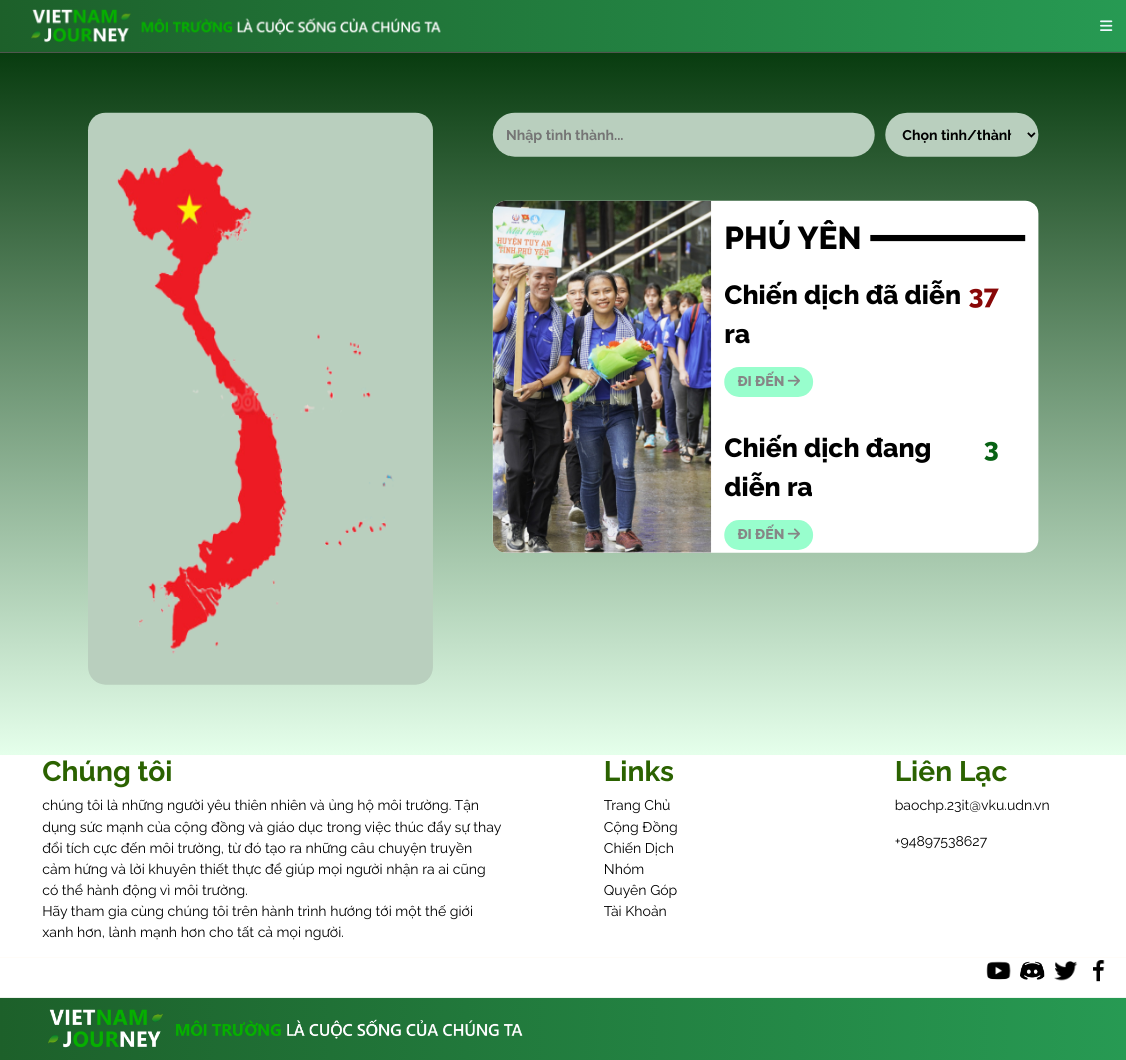
Repository: Boima12/Boima12.github.io_VietnamJourney
Page: HTML/ChienDich/ChienDich.html
These files come from the project's save history. The page is drawn as it stood at one moment and after a run of saves; the edit follows.
The browser window is 1280 px wide. The pictures show the whole page, at 88% of full size.

Above is the page before, as saved 2024-05-25 08:42:30.

### HTML/ChienDich/ChienDich.html
<!DOCTYPE html>
<HTML lang="en">

<HEAD>
    <TITLE>Chiến Dịch</TITLE>
    <meta charset="UTF-8">
    <meta name="viewport" content="width=device-width, initial-scale=1.0">

    <!-- Favicon -->
    <link rel="icon" type="image/x-icon" href="../../Images/yo.ico">

    <!--Bootstrap 5-->
    <link href="https://cdn.jsdelivr.net/npm/bootstrap@5.3.3/dist/css/bootstrap.min.css" rel="stylesheet">
    <script src="https://cdn.jsdelivr.net/npm/bootstrap@5.3.3/dist/js/bootstrap.bundle.min.js"></script>
    <!-- <link rel="stylesheet" href="https://cdn.jsdelivr.net/npm/bootstrap@4.6.2/dist/css/bootstrap.min.css" integrity="sha384-xOolHFLEh07PJGoPkLv1IbcEPTNtaed2xpHsD9ESMhqIYd0nLMwNLD69Npy4HI+N" crossorigin="anonymous"> -->
    <!-- Font Awesome -->
    <link rel="stylesheet" href="https://cdnjs.cloudflare.com/ajax/libs/font-awesome/6.5.1/css/all.min.css">

    <!-- CSS -->
    <link rel="stylesheet" href="ChienDich.css">
</HEAD>



<BODY style="background-color: #FFF4E6;">

    <!-- header là Navigation bar -->
    <header id="header1">
        <div class="logo">
            <img class="logo1" src="../../Images/header1.png" onclick="navToIntro()" style="height: 40px;">
            <img class="logo2" src="../../Images/header2.png" onclick="navToIntro()">
        </div>

        <div class="links">
            <nav>
                <a href="../TrangChu/TrangChu.html">TRANG CHỦ</a>
                <a href="../CongDong/CongDong.html">CỘNG ĐỒNG</a>
                <a href="../ChienDich/ChienDich.html">CHIẾN DỊCH</a>
                <a href="../Nhom/Nhom.html">NHÓM</a>
                <a href="../QuyenGop/QuyenGop.html">QUYÊN GÓP</a>
                <a href="../TaiKhoan/TaiKhoan.html">TÀI KHOẢN</a>
            </nav>
        </div>

        <div class="bar" onclick="MenuBar()">
            <i class="fa-solid fa-bars"></i>
        </div>

        <div id="overlay"></div>

        <div id="sidebar">
            <div class="sidebar-content">

                <div style="color: aliceblue;text-align: right;margin-top:0;" onclick="CloseBar()"><i
                        class="fa-solid fa-bars"></i></div>

                <!-- <p>VỀ CHÚNG TÔI <i class="fa-regular fa-address-card"></i></p> -->
                <a href="../TrangChu/TrangChu.html">TRANG CHỦ <i class="fa-solid fa-house"></i></a>
                <a href="../CongDong/CongDong.html">CỘNG ĐỒNG <i class="fa-solid fa-earth-americas"></i></a>
                <a href="../ChienDich/ChienDich.html">CHIẾN DỊCH <i class="fa-solid fa-fire"></i></a>
                <a href="../Nhom/Nhom.html">NHÓM <i class="fa-solid fa-people-group"></i></a>
                <a href="../QuyenGop/QuyenGop.html">QUYÊN GÓP <i class="fa-solid fa-hand-holding-dollar"></i></a>
                <a href="../TaiKhoan/TaiKhoan.html">TÀI KHOẢN <i class="fa-solid fa-user"></i></a>
            </div>

        </div>

    </header>
    <div style="height: 3rem;"></div> <!-- Cách một khoảng cho navigation bar -->















<!-- LÀM Ở ĐÂY -->
    <div class="section-one">
        <div class="container">
            <div class="row">
                <div class="col-xl-5  col-lg-5 col-md-12 col-sm-12 col-12">
                    <div class="map">
                        <img src="./images/bando.png" alt="bản đồ việt nam">
                    </div>
                </div>
                <div class="col-xl-7 col-lg-7 col-md-12 col-sm-12 col-12">
                    <div class="right">
                        <div class="search">
                            <input type="search" class="inner-search" placeholder="Nhập tỉnh thành...">
                            <select id="province" name="province" required>
                                <option value="" selected disabled>Chọn tỉnh/thành</option>
                            </select>
                        </div>
                        <div class="content">
                            <img src="./images/anh1.jpg" alt="">
                            <div class="inner-content">
                                <div class="inner-title">
                                    <div class="inner-text">PHÚ YÊN</div>
                                    <div class="inner-line"></div>
                                </div>
                                <div class="part">
                                    <div class="inner-content">
                                        <div class="inner-title">Chiến dịch đã diễn ra</div>
                                        <div class="inner-button">ĐI ĐẾN <i class="fa-solid fa-arrow-right"></i></div>
                                    </div>
                                    <div class="inner-count red">37</div>
                                </div>
                                <div class="part">
                                    <div class="inner-content">
                                        <div class="inner-title">Chiến dịch đang diễn ra</div>
                                        <div class="inner-button">ĐI ĐẾN <i class="fa-solid fa-arrow-right"></i></div>
                                    </div>
                                    <div class="inner-count green">3</div>
                                </div>
                                <div class="part">
                                    <div class="inner-content">
                                        <div class="inner-title">Chiến dịch sắp đến</div>
                                        <div class="inner-button">ĐI ĐẾN <i class="fa-solid fa-arrow-right"></i></div>
                                    </div>
                                    <div class="inner-count yellow">7</div>
                                </div>
                            </div>
                        </div>
                    </div>
                </div>
            </div>
        </div>
    </div>















    <footer>
        <div class="up">
            <div id="about">
                <h2>Chúng tôi</h2>
                <p>chúng tôi là những người yêu thiên nhiên và ủng hộ môi trường. Tận dụng sức mạnh của cộng đồng và giáo dục trong việc thúc đẩy sự thay đổi tích cực đến môi trường, từ đó tạo ra những câu chuyện truyền cảm hứng và lời khuyên thiết thực để giúp mọi người nhận ra ai cũng có thể hành động vì môi trường.<br>
                    Hãy tham gia cùng chúng tôi trên hành trình hướng tới một thế giới xanh hơn, lành mạnh hơn cho tất cả mọi người.
                </p>
            </div>

            <div id="quickLinks">
                <h2>Links</h2>
                <a href="../../HTML/TrangChu/TrangChu.html">Trang Chủ</a>
                <a href="../../HTML/CongDong/CongDong.html">Cộng Đồng</a>
                <a href="../../HTML/ChienDich/ChienDich.html">Chiến Dịch</a>
                <a href="../../HTML/Nhom/Nhom.html">Nhóm</a>
                <a href="../../HTML/QuyenGop/QuyenGop.html">Quyên Góp</a>
                <a href="../../HTML/TaiKhoan/TaiKhoan.html">Tài Khoản</a>
            </div>

            <div id="contacts">
                <h2>Liên Lạc</h2>
                <p>baochp.23it@vku.udn.vn</p>
                <p>+94897538627</p>
            </div>
        </div>


        <div class="mid">
            <a href="https://www.youtube.com/channel/UC1cpkfqLNp6I1HgNy2MUhUg"><img src="../../Images/youtube_icon.png"></a>
            <a href="https://discord.com/invite/45fkbZcj"><img src="../../Images/discord_icon.png"></a>
            <a href="https://x.com/dog_rates"><img src="../../Images/twitter_icon.png"></a>
            <a href="https://web.facebook.com/vku.udn.vn/?_rdc=1&_rdr"><img src="../../Images/facebook_icon.png"></a>
        </div>


        <div class="bot">
            <img class="logo1" src="../../Images/header1.png">
            <img class="logo2" src="../../Images/header2.png">
        </div>
    </footer>


    <!-- JavaScript -->
    <script src="../../Script/ChienDich.js"></script>
    <noscript>Your Browser doesn't support JavaScript</noscript>

</BODY>

</HTML>

### HTML/ChienDich/ChienDich.css
/* IMPORTING */
@font-face {
    font-family: Raleway;
    src: url("../../Fonts/Raleway-VariableFont_wght.ttf");
}

/* END IMPORTING */

/*BASE*/
* {
    box-sizing: border-box;
}

:root {
    --color-bg: #05390C;
    --color-green: #00FF0A;
    --color-text: #000000;
    --color-desc: #868686;
  }

body {
    color: var(--color-text);
}

.container {
    max-width: 100%;
    padding-left: 100px;
    padding-right: 100px;
}

/*BASE*/

/* Loại bỏ margin - padding global */
* {
    margin: 0px;
    padding: 0px;
}


/* global font */
* {
    font-family: Raleway;
}



/* NAVIGATION BAR */
header {
    display: flex;
    align-items: center;
    justify-content: space-between;
    position: fixed;
    width: 100%;
    height: 60px;
    border-bottom: 1.5px solid rgb(97, 94, 94);
    background: linear-gradient(to right, rgb(29, 96, 42), rgb(39, 154, 83));
    z-index: 999;
}


header div.logo img {
    width: auto;
    height: 2.9rem;
    /* margin-left: 3rem; */
}

header div.logo img.logo1 {
    display: block;
    padding-left: 10px;
    margin: 20px;
}

header div.logo img.logo2 {
    display: none;
}


header div.links nav {
    display: flex;
    justify-content: space-around;
    width: 100%;
}


header div.links nav a {
    margin: 0;
    padding: 0 1rem;

    cursor: pointer;

    text-decoration: none;
    color: white;
    font-size: 16px;
    font-weight: 600;
}


header div.links nav a:hover {
    color: #b8e994;
}


header div.bar {
    display: none;
    margin-right: 1rem;

    color: aliceblue;
    text-align: right;
}


header #overlay {
    display: none;
    position: fixed;

    top: 0;
    left: 0;
    width: 100%;
    height: 100%;

    background-color: rgba(0, 0, 0, 0.8);

    z-index: 9999;
}


header #sidebar {
    display: flex;
    justify-content: flex-end;
    float: right;

    position: fixed;

    top: 0;
    right: -20%;
    width: 20%;
    height: 100%;
    border: none;
    overflow: hidden;

    background: linear-gradient(to top, rgb(37, 79, 46), rgb(53, 189, 105));

    transition: right 0.3s ease-in-out;
    z-index: 10000;

}


header #sidebar.open {
    right: 0;
}


header #sidebar div.sidebar-content {
    display: flex;
    flex-direction: column;
    overflow-y: auto;
    overflow-x: hidden;
    padding: 1.5rem;
    width: 100%;
}


header #sidebar div.sidebar-content a {
    text-align: right;
    text-decoration: none;
    font-size: 1.2rem;

    color: aliceblue;
    margin-top: 1.5rem;

    margin-right: 0;
}


header #sidebar div.sidebar-content a:hover {
    color: #b8e994;
}


header #sidebar div.sidebar-content i {
    font-size: smaller;
}

/* END NAVIGATION BAR */

/* SECTION-ONE */
.section-one {
    background-image: linear-gradient(to bottom, #05390C, #E5FFEB);
    padding-top: 80px;
    padding-bottom: 80px;
}

.map {
    width: 90%;
    position: relative;
    border-radius: 20px;
    max-width: 100%;
    overflow: hidden;
    height: 650px;
    object-fit: cover;
    background-color: #b9cfbe ;
}

.map img {
    width: 100%;
    height: 100%;
}

.right {
    height: 650px;
}

.right .search {
    height: 50px;
    margin-bottom: 50px;
    display: flex;
    justify-content: space-between;
}

.right .search .inner-search {
    background-color: #B9CFBE;
    height: 100%;
    width: 70%;
    border-radius: 40px;
    border: none;
    padding: 5px 15px 5px 15px;
    font-size: 16px;
    font-weight: 700;
}

.right .search #province {
    background-color: #B9CFBE;
    height: 100%;
    width: 28%;
    border-radius: 40px;
    border: none;
    padding: 5px 15px 5px 15px;
    font-size: 16px;
    font-weight: 700;
}

.right .content {
    display: flex;
    border-radius: 15px;
    overflow: hidden;
    height: 400px;
    background-color: white;
}

.right .content img {
    width: 40%;
    height: auto;
    object-fit: cover;
}

.right .content .inner-content {
    width: 60%;
    padding: 15px;
}

.right .content .inner-content .inner-title {
    width: 100%;
    font-size: 36px;
    font-weight: 800;
    display: flex;
    align-items: center;
    margin-bottom: 15px;
}

.right .content .inner-content .inner-title .inner-text {
    display: inline-block;
}

.right .content .inner-content .inner-title .inner-line {
    flex-grow: 1;
    position: relative;
    height: 7px;
    background-color: #000000;
    line-height: 100%;
    margin-left: 10px;
}

.right .content .inner-content .part {
    width: 100%;
    display: flex;
    justify-content: space-between;
    margin-bottom: 35px;
}

.right .content .inner-content .part .inner-content {
    padding: 0;
    width: 80%;
}

.right .content .inner-content .part .inner-content .inner-title{
    font-size: 30px;
}

.right .content .inner-content .part .inner-content .inner-button {
    font-size: 16px;
    font-weight: 800;
    color: var(--color-desc);
    background-color: #98FECD;
    display: inline-block;
    padding: 5px 15px 5px 15px;
    border-radius: 20px;
}

.right .content .inner-content .part .inner-count {
    font-size: 30px;
    font-weight: 800;
    text-align: center;
    margin-right: 30px;
}

.right .content .inner-content .part .red {
    color: #880707;
}

.right .content .inner-content .part .green {
    color: #086214;
}

.right .content .inner-content .part .yellow {
    color: #c9d705;
}

/* END SECTION-ONE */











































/* Code CSS ở đây */






































/* FOOTER */
footer div.up {
    display: flex;
    justify-content: space-around;
    gap: 1.2rem;
    width: 100%;

    background-color: white;

}


footer div.up h2 {
    font-weight: bold;
    color: #2B6200;
}


footer div.up #about {
    display: flex;
    flex-direction: column;
    justify-content: flex-start;

    width: 50%;
    padding-left: 3rem;
    padding-right: 3rem;
}


footer div.up #quickLinks {
    display: flex;
    flex-direction: column;
    justify-content: flex-start;

    width: 25%;
    padding-left: 3rem;
    padding-right: 3rem;
}


footer div.up #quickLinks a {
    text-decoration: none;
    color: black;
}


footer div.up #contacts {
    display: flex;
    flex-direction: column;
    justify-content: flex-start;

    width: 25%;
    padding-left: 3rem;
    padding-right: 3rem;
}


footer div.mid {
    display: flex;
    justify-content: flex-end;
    gap: 0.5rem;

    width: 100%;
    padding-right: 1rem;
    padding-bottom: 1rem;
    background-color: white;
}


footer div.mid a img {
    width: 30px;
    height: 30px;
}


footer div.bot {
    display: flex;
    justify-content: flex-start;

    padding-left: 3rem;
    padding-top: 0.75rem;
    padding-bottom: 0.75rem;
    width: 100%;

    background: linear-gradient(to right, rgb(29, 96, 42), rgb(39, 154, 83));
}


footer div.bot img {
    width: auto;
    height: 2.9rem;
}


footer div.bot img.logo1 {
    display: block;
}


footer div.bot img.logo2 {
    display: none;
}


/* END FOOTER */













/* RESPONSIVE DESIGN */
@media (max-width: 1380px) {
    header div.links nav a {
        display: none;
    }

    header div.bar  {
        display: block;
    }

    header #sidebar {
        right: -30%;
        width: 30%;
    }
}


@media (max-width: 950px) {
    footer div.up {
        flex-direction: column;
    }

    footer div.up #about {
        width: 100%;
    }

    footer div.up #quickLinks {
        width: 100%;
    }

    footer div.up #contacts {
        width: 100%;
    }
}


@media (max-width: 630px) {
    header {
        height: 3.5rem;
    }

    header div.logo img.logo1 {
        display: none;
    }

    header div.logo img.logo2 {
        display: block;
    }

    header div.logo img {
        width: auto;
        height: 3.5rem;
        margin-left: 14rem;
    }

    header #sidebar {
        right: -50%;
        width: 50%;
    }

    footer div.bot {
        justify-content: center;
        padding-left: 0rem;
    }

    footer div.bot img {
        height: 3.5rem;
    }

    footer div.bot img.logo1 {
        display: none;
    }

    footer div.bot img.logo2 {
        display: block;
    }
}


@media (max-width: 560px) {
    header div.logo img {
        margin-left: 8rem;
    }

    header #sidebar {
        right: -60%;
        width: 60%;
    }
}


@media (max-width: 320px) {
    header div.logo img {
        margin-left: 5rem;
    }
}

/* END RESPONSIVE DESIGN */

### Script/ChienDich.js
// header menu bar
const overlay = document.getElementById('overlay');
const sidebar = document.getElementById('sidebar');

function MenuBar() {
    overlay.style.display = 'block';
    sidebar.classList.add('open');
}

function CloseBar() {
    overlay.style.display = 'none';
    sidebar.classList.remove('open');
}


// back to intro when click the logo
function navToIntro() {
    window.location.href = '../../index.html';
}


// navigation bar background transparency
// const header = document.getElementById('header1');
// function toggle_header() {
//     if (window.screenY == 0) {
//         header.style.background = 'linear-gradient(to right, rgba(29, 96, 42, 0), rgba(39, 154, 83, 0))';
//     } else if (window.screenY < 210) {
//         header.style.background = 'linear-gradient(to right, rgba(29, 96, 42, ' + parseInt(window.scrollY)*2 / 300 + '), rgba(39, 154, 83, ' + parseInt(window.scrollY)*2 / 300 + '))';
//     } else {
//         header.style.background = 'linear-gradient(to right, rgba(29, 96, 42, 0.7), rgba(39, 154, 83, 0.7))';
//     }
// }

// window.addEventListener('scroll', toggle_header);


const provinces = [
    "An Giang", "Bà Rịa - Vũng Tàu", "Bắc Giang", "Bắc Kạn", "Bạc Liêu",
    "Bắc Ninh", "Bến Tre", "Bình Định", "Bình Dương", "Bình Phước",
    "Bình Thuận", "Cà Mau", "Cần Thơ", "Cao Bằng", "Đà Nẵng",
    "Đắk Lắk", "Đắk Nông", "Điện Biên", "Đồng Nai", "Đồng Tháp",
    "Gia Lai", "Hà Giang", "Hà Nam", "Hà Nội", "Hà Tĩnh",
    "Hải Dương", "Hải Phòng", "Hậu Giang", "Hòa Bình", "Hưng Yên",
    "Khánh Hòa", "Kiên Giang", "Kon Tum", "Lai Châu", "Lâm Đồng",
    "Lạng Sơn", "Lào Cai", "Long An", "Nam Định", "Nghệ An",
    "Ninh Bình", "Ninh Thuận", "Phú Thọ", "Phú Yên", "Quảng Bình",
    "Quảng Nam", "Quảng Ngãi", "Quảng Ninh", "Quảng Trị", "Sóc Trăng",
    "Sơn La", "Tây Ninh", "Thái Bình", "Thái Nguyên", "Thanh Hóa",
    "Thừa Thiên Huế", "Tiền Giang", "TP Hồ Chí Minh", "Trà Vinh",
    "Tuyên Quang", "Vĩnh Long", "Vĩnh Phúc", "Yên Bái"
];

const select = document.getElementById('province');

provinces.forEach(province => {
    const option = document.createElement('option');
    option.value = province;
    option.textContent = province;
    select.appendChild(option);
});

After the next 2 saves:
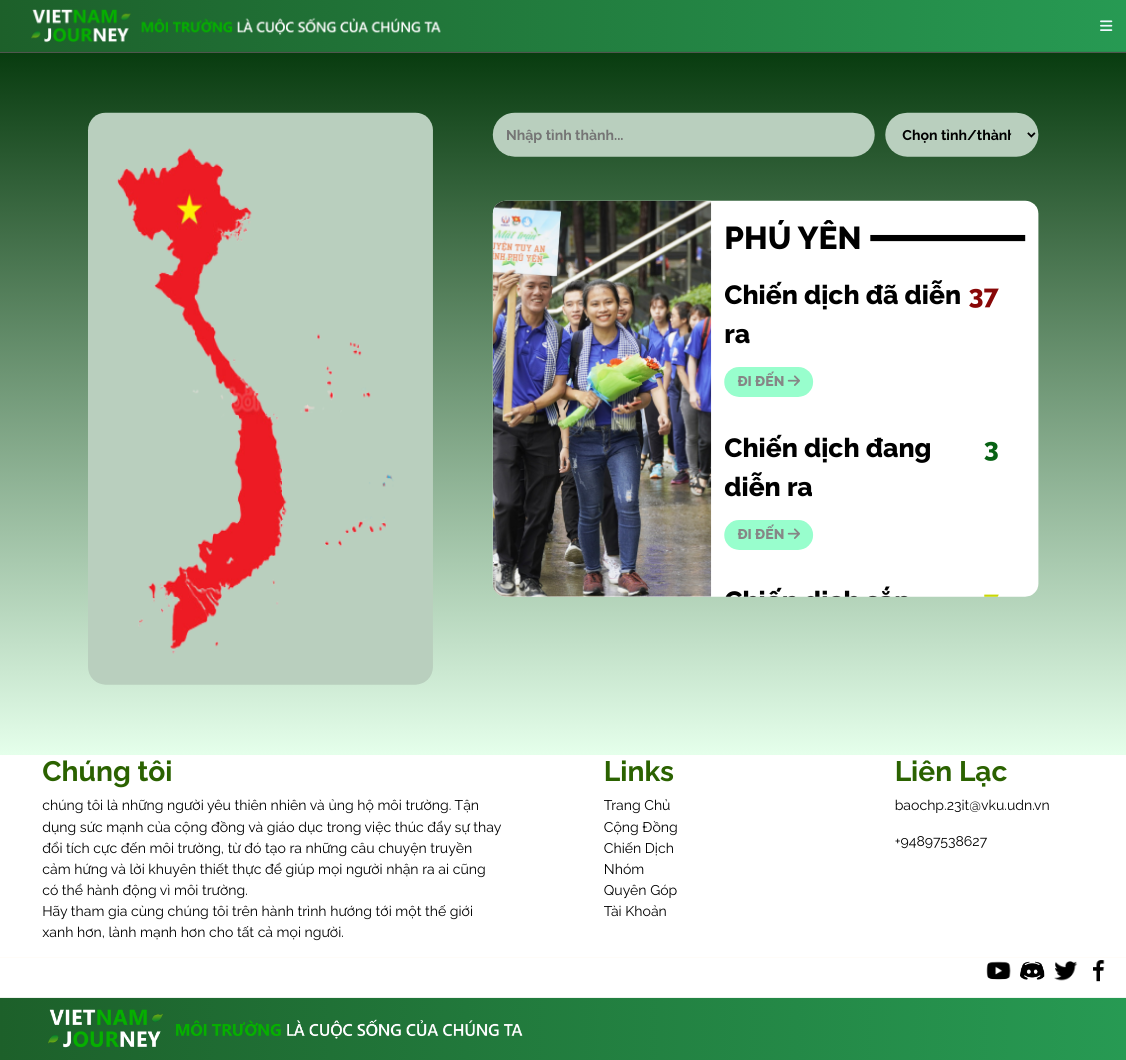
The 2 saves are shown as one change because they came seconds apart.
The last was saved 9 s later.
--- a/HTML/ChienDich/ChienDich.css
+++ b/HTML/ChienDich/ChienDich.css
@@ -244,7 +244,7 @@ header #sidebar div.sidebar-content i {
     display: flex;
     border-radius: 15px;
     overflow: hidden;
-    height: 400px;
+    height: 450px;
     background-color: white;
 }
 
